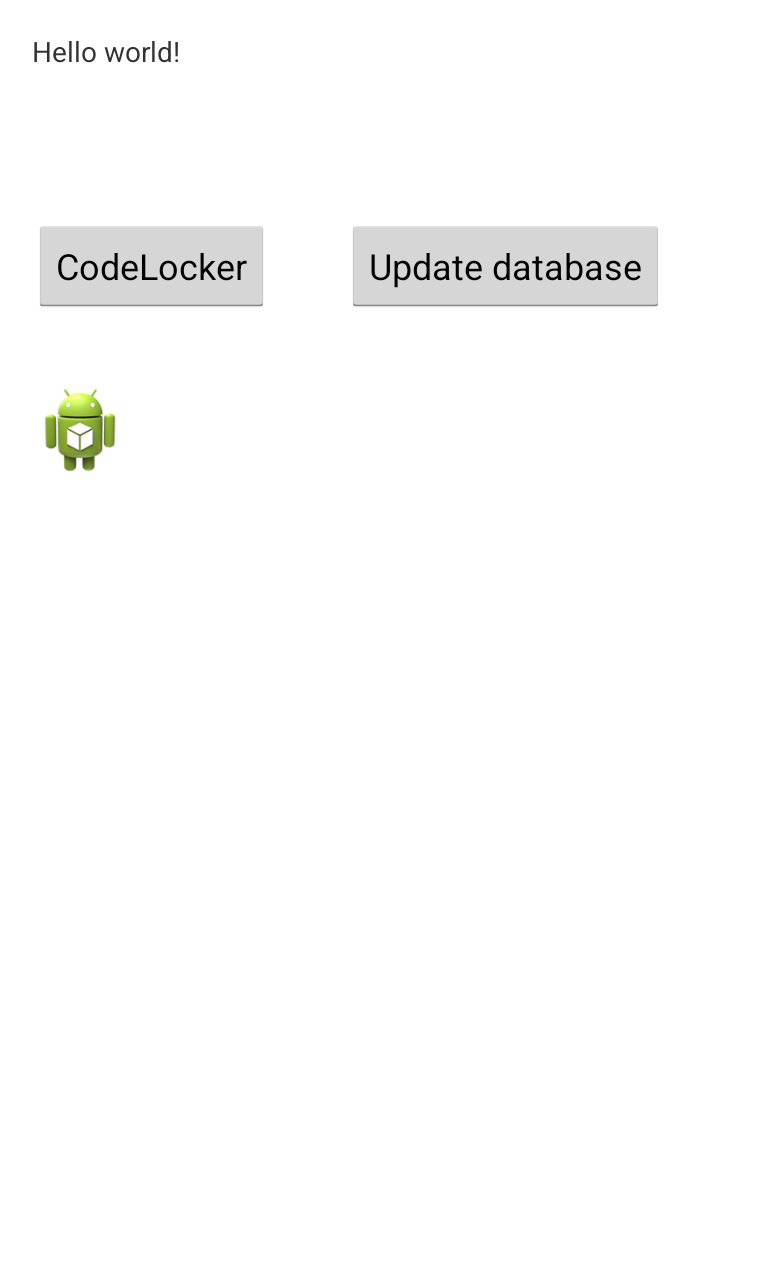
Repository: milosz90/pracaMagisterska
Layout: magisterka/res/layout/activity_main.xml
The author's editor kept a copy of each file at every save. The layout is drawn from the files as they stood at one save, then again after the next save.
It is drawn on a 768 x 1280 px phone screen (xhdpi) without system bars, with theme AppTheme; the app's code is not run.

Above is the layout before, as saved 2015-05-08 07:37:07.

### magisterka/res/layout/activity_main.xml
<RelativeLayout xmlns:android="http://schemas.android.com/apk/res/android"
    xmlns:tools="http://schemas.android.com/tools"
    android:layout_width="match_parent"
    android:layout_height="match_parent"
    android:paddingBottom="@dimen/activity_vertical_margin"
    android:paddingLeft="@dimen/activity_horizontal_margin"
    android:paddingRight="@dimen/activity_horizontal_margin"
    android:paddingTop="@dimen/activity_vertical_margin"
    tools:context="com.example.magisterka.MainActivity" >

    <TextView
        android:id="@+id/txtItemDescription"
        android:layout_width="wrap_content"
        android:layout_height="wrap_content"
        android:text="@string/hello_world" />

    <Button
        android:id="@+id/btnCodeLocker"
        android:layout_width="wrap_content"
        android:layout_height="wrap_content"
        android:layout_alignLeft="@+id/txtItemDescription"
        android:layout_below="@+id/txtItemDescription"
        android:layout_marginTop="74dp"
        android:onClick="ChangeText"
        android:text="CodeLocker" />

    <ImageView
        android:id="@+id/img1"
        android:layout_width="wrap_content"
        android:layout_height="wrap_content"
        android:layout_alignLeft="@+id/btnCodeLocker"
        android:layout_below="@+id/btnCodeLocker"
        android:layout_marginTop="34dp"
        android:onClick="GoToInventory"
        android:src="@drawable/ic_launcher" />

    <Button
        android:id="@+id/button1"
        android:layout_width="wrap_content"
        android:layout_height="wrap_content"
        android:layout_alignBaseline="@+id/btnCodeLocker"
        android:layout_alignBottom="@+id/btnCodeLocker"
        android:layout_marginLeft="37dp"
        android:layout_toRightOf="@+id/btnCodeLocker"
        android:text="Update database"
        android:onClick="UpdateDataBase" />

</RelativeLayout>

### magisterka/res/values/strings.xml
<?xml version="1.0" encoding="utf-8"?>
<resources>

    <string name="app_name">magisterka</string>
    <string name="hello_world">Hello world!</string>
    <string name="action_settings">Settings</string>
    <string name="title_activity_code_locker">CodeLocker</string>
    <string name="title_activity_inventory">Inventory</string>

    <color name="Red">#ffff0000</color>

    <string name="title_activity_test">Test</string>

</resources>

Loaded but not shown: magisterka/res/values/styles.xml (common file); magisterka/res/values-v11/styles.xml (common file); magisterka/res/values-v14/styles.xml (common file); magisterka/res/values/dimens.xml (common file); magisterka/res/values-w820dp/dimens.xml (common file)

After the next save:
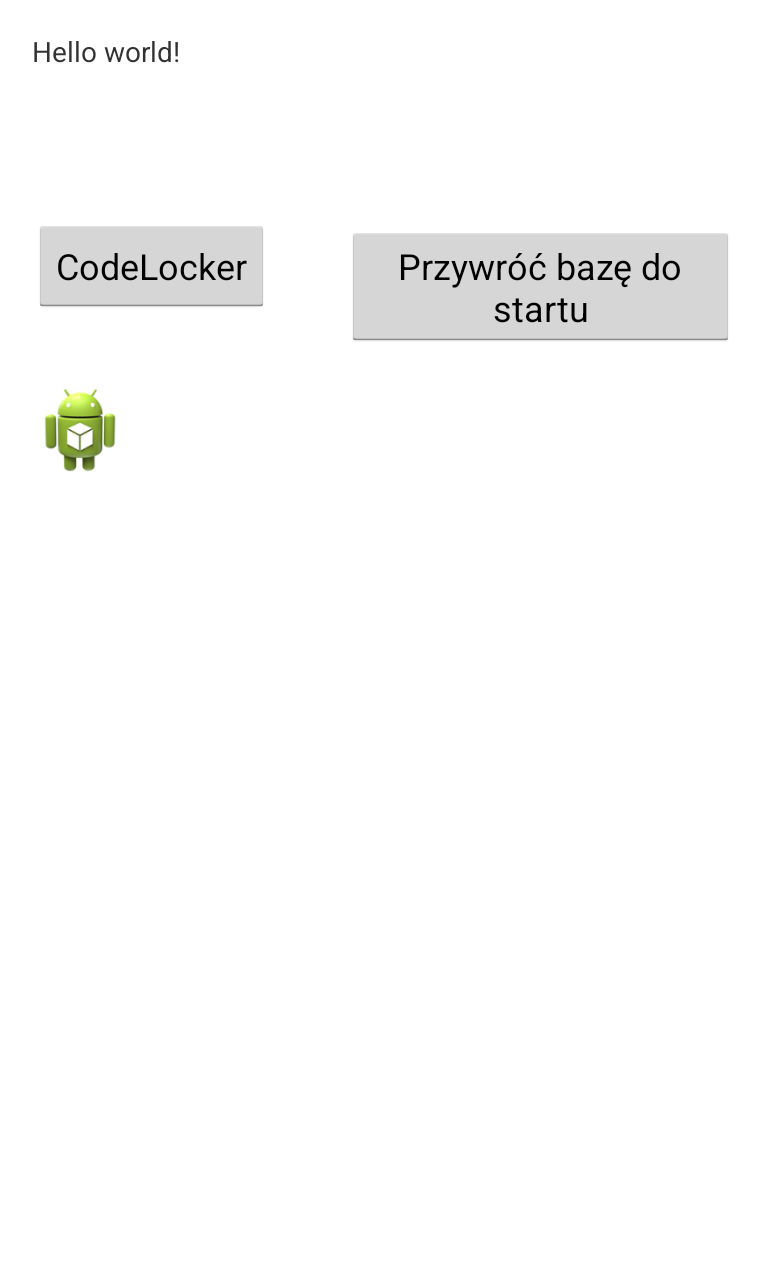
Saved 8 h 4 min later.
--- a/magisterka/res/layout/activity_main.xml
+++ b/magisterka/res/layout/activity_main.xml
@@ -42,7 +42,7 @@
         android:layout_alignBottom="@+id/btnCodeLocker"
         android:layout_marginLeft="37dp"
         android:layout_toRightOf="@+id/btnCodeLocker"
-        android:text="Update database"
+        android:text="Przywróć bazę do startu"
         android:onClick="UpdateDataBase" />
 
 </RelativeLayout>
